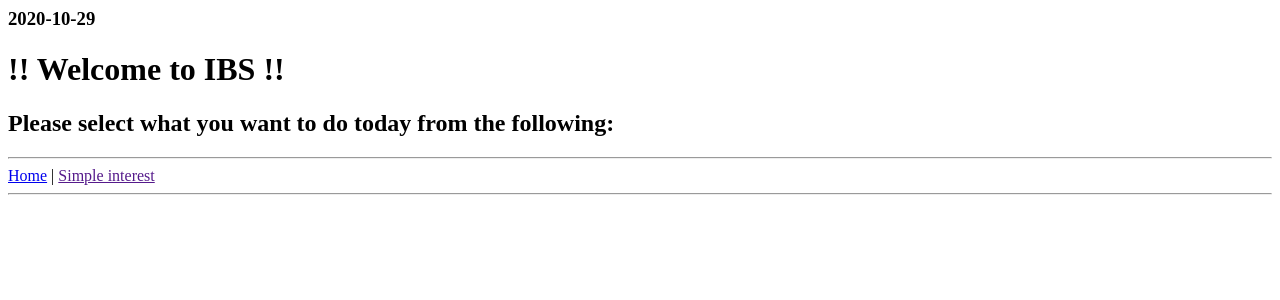
Repository: anik84/ibs
Page: http://localhost/IBS/
These files come from the project's save history. The page is drawn as it stood at one moment and after the next save; the edit follows.
The browser window is 1280 px wide. The pictures show the whole page.
The page is served by Tomcat 9.

Above is the page before, as saved 2020-10-29 04:40:34.

After the next save:
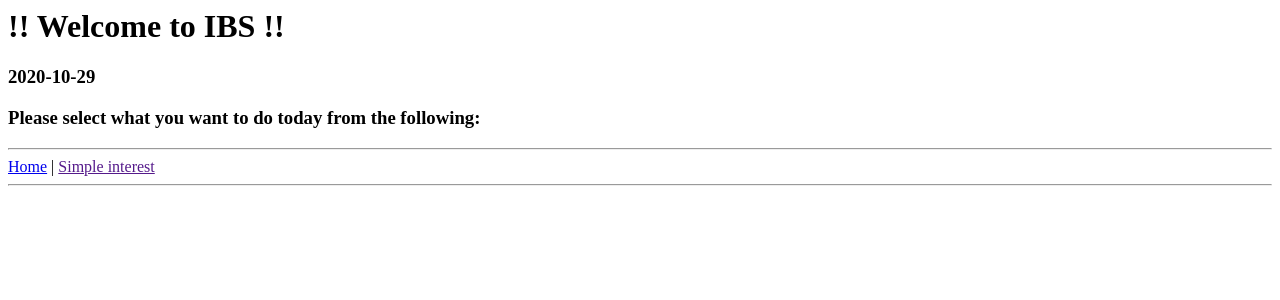
Saved 58 s later.
--- a/IBS_JSPs/IBS/WebContent/index.jsp
+++ b/IBS_JSPs/IBS/WebContent/index.jsp
@@ -4,9 +4,9 @@
 		<title>IBS Home</title>
 	</head>
 	<body>
+		<h1>!! Welcome to IBS !!</h1>
 		<h3><%=LocalDate.now() %></h3>
-		<h1>!! Welcome to IBS !!</h1>
-		<h2>Please select what you want to do today from the following:</h2>
+		<h3>Please select what you want to do today from the following:</h2>
 		<jsp:include page="menu.jsp"/>
 	</body>
 </html>
